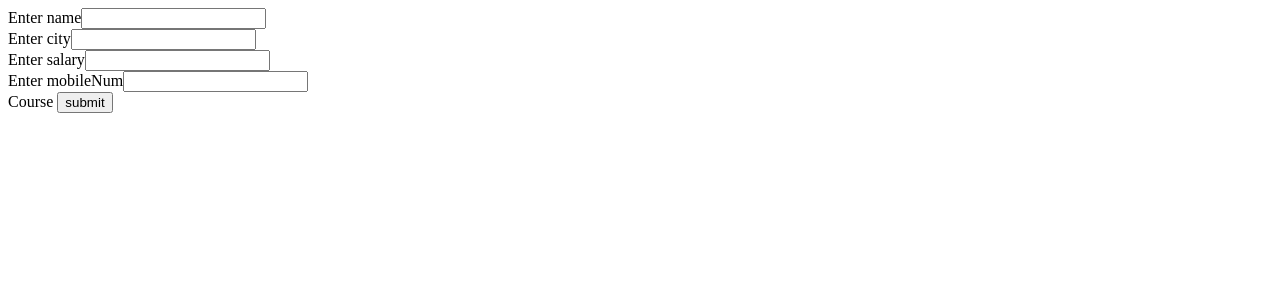
Repository: Kavya-C1/javafulltraning
Page: http://localhost/BasicJspDemo/
An editor plug-in stored every save of this project. The page is shown before and after a run of saves, followed by the edit.
The browser window is 1280 px wide. The pictures show the whole page.
The page is served by Tomcat 9.

Above is the page before, as saved 2024-03-13 07:01:38.

After the next 2 saves:
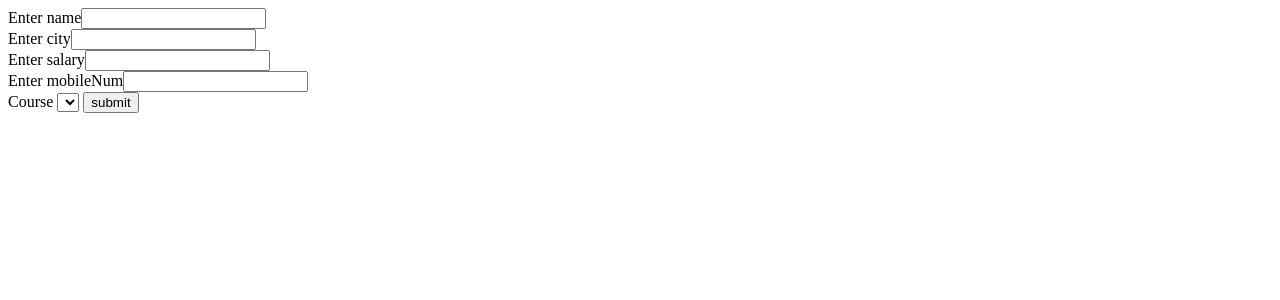
The 2 saves are shown as one change because they came seconds apart.
The last was saved 10 s later.
--- a/Javademos/BasicJspDemo/src/main/webapp/index.jsp
+++ b/Javademos/BasicJspDemo/src/main/webapp/index.jsp
@@ -13,7 +13,7 @@ Enter city<input type="text" name="city"><br>
 Enter salary<input type="number" name="salary"><br>
 Enter mobileNum<input type="number" name="mobile"><br>
 
-Course
+Course <select ></select>
 
 <input type="submit" value="submit">
 </form>
